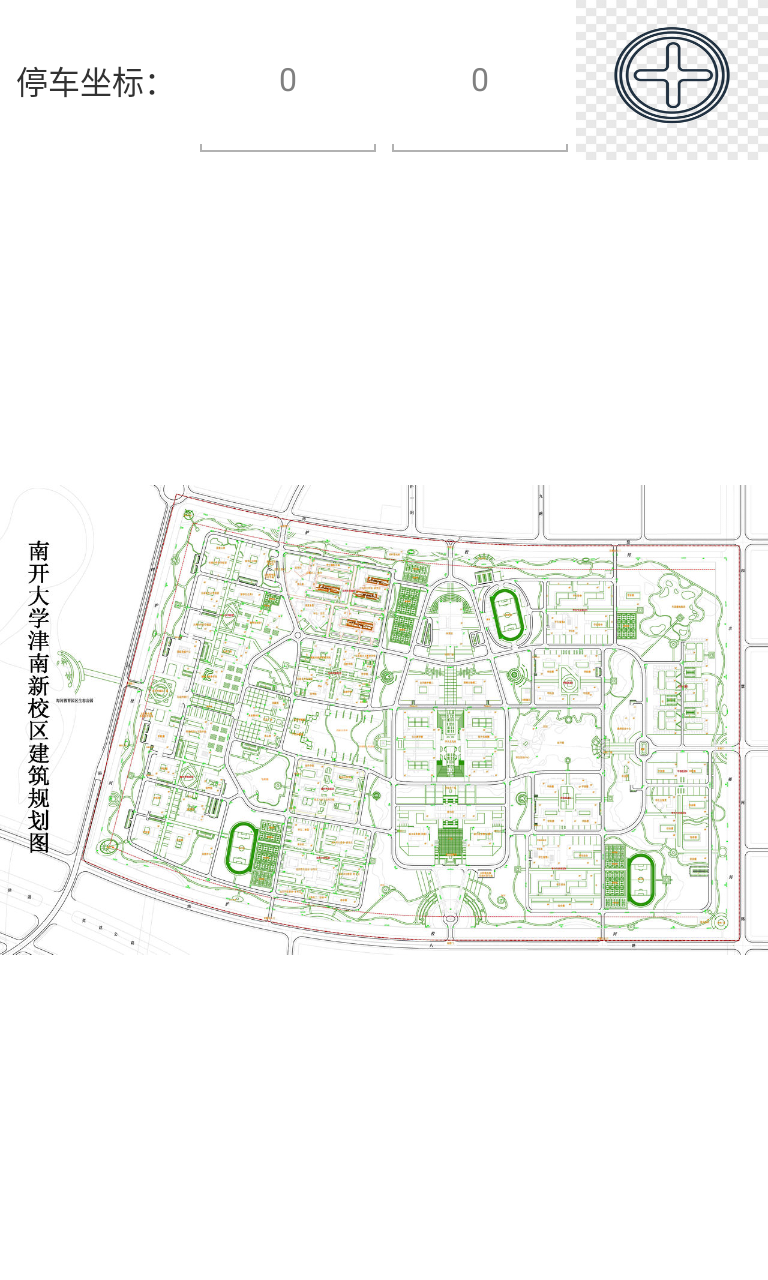
Repository: CovaWang/temporary_embedded
Layout: 7#车联·共享单车/代码/代码/res/layout/compass.xml
These files come from the project's save history. The layout is drawn as it stood at one moment and after the next save; the edit follows.
It is drawn on a 768 x 1280 px phone screen (xhdpi) without system bars, with theme AppTheme; the app's code is not run.

Above is the layout before, as saved 2024-04-24 11:23:50.

After the next save:
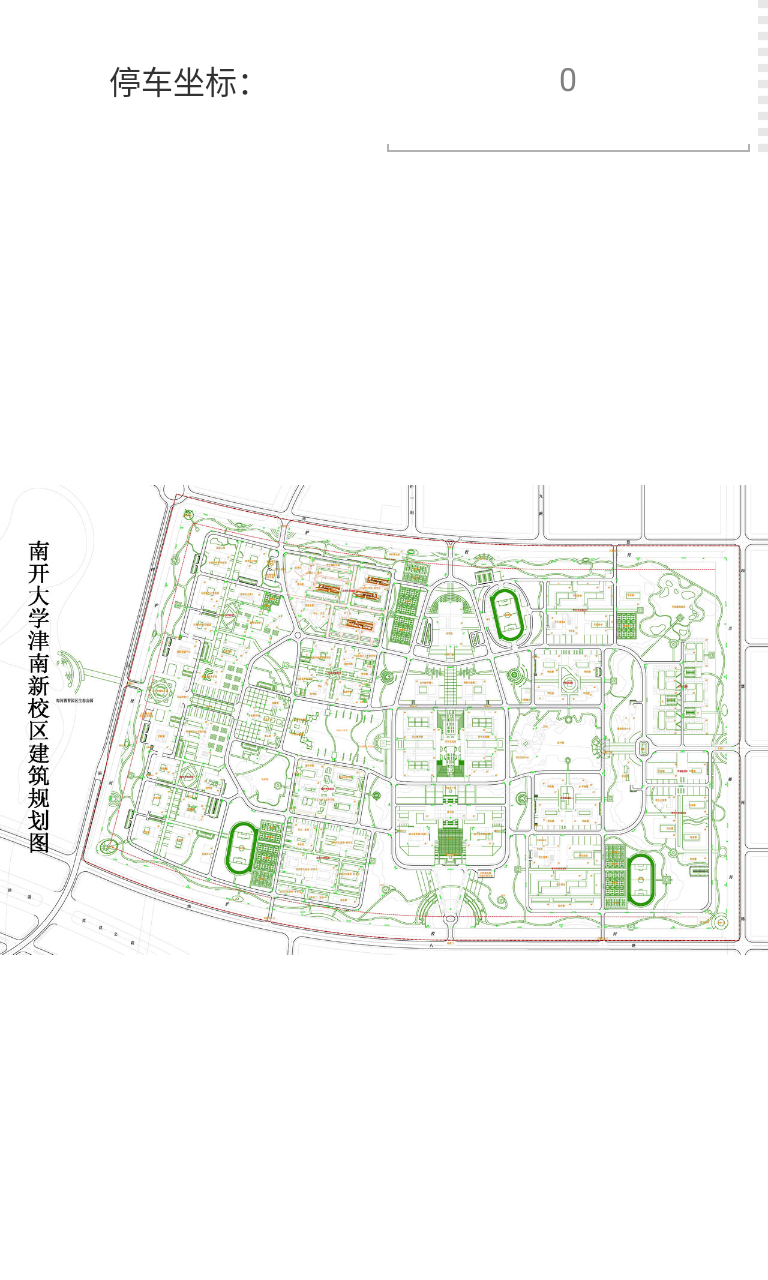
Saved 8 min 4 s later.
--- a/7#车联·共享单车/代码/代码/res/layout/compass.xml
+++ b/7#车联·共享单车/代码/代码/res/layout/compass.xml
@@ -19,8 +19,8 @@
 
 	    <EditText
 	        android:id="@+id/compass_text1"
-			android:layout_width="match_parent"
-			android:layout_height="match_parent"
+			android:layout_width="10dp"
+			android:layout_height="10dp"
 			android:gravity="center"
 			android:hint="0"
 			android:textSize="16sp"
